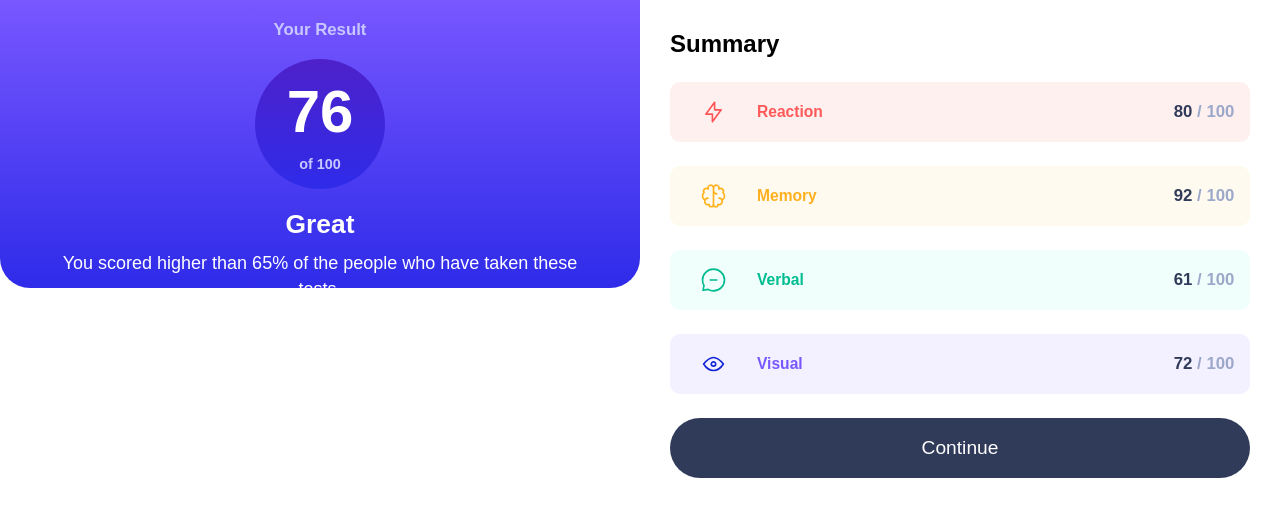
Repository: limaneto/frontend-mentor-results-summary
Page: index.html
An editor plug-in stored every save of this project. The page is shown before and after the next save, followed by the edit.
The browser window is 1280 px wide. The pictures show the whole page.

Above is the page before, as saved 2023-11-06 10:27:40.

After the next save:
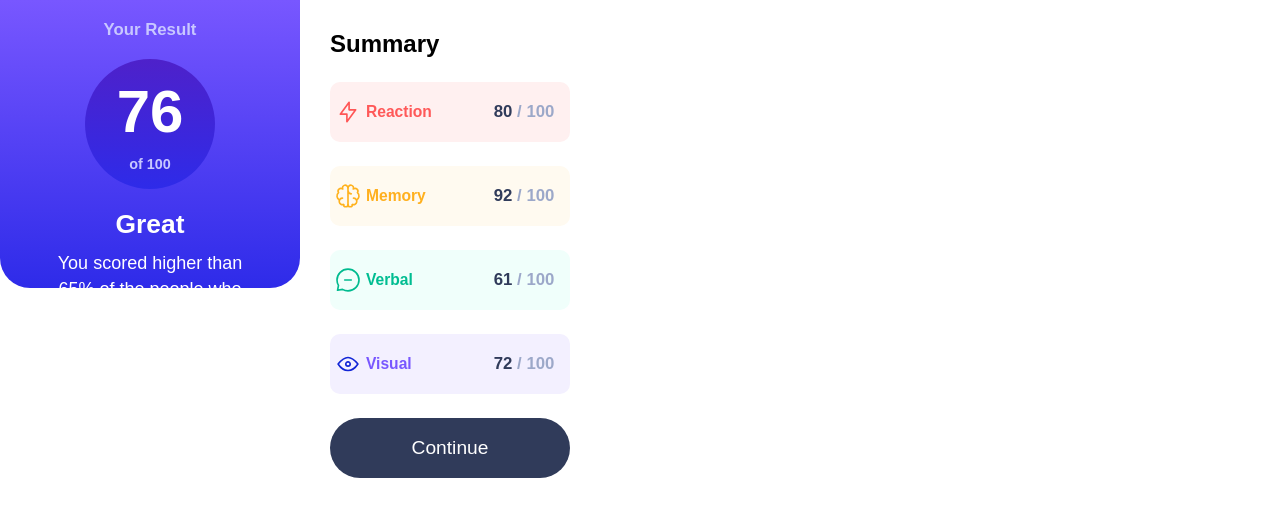
Saved 8 s later.
--- a/style.css
+++ b/style.css
@@ -168,6 +168,7 @@ summary > button {
   }
 
   main {
+    max-width: 600px;
     display: grid;
     grid-template-columns: 1fr 1fr;
   }
